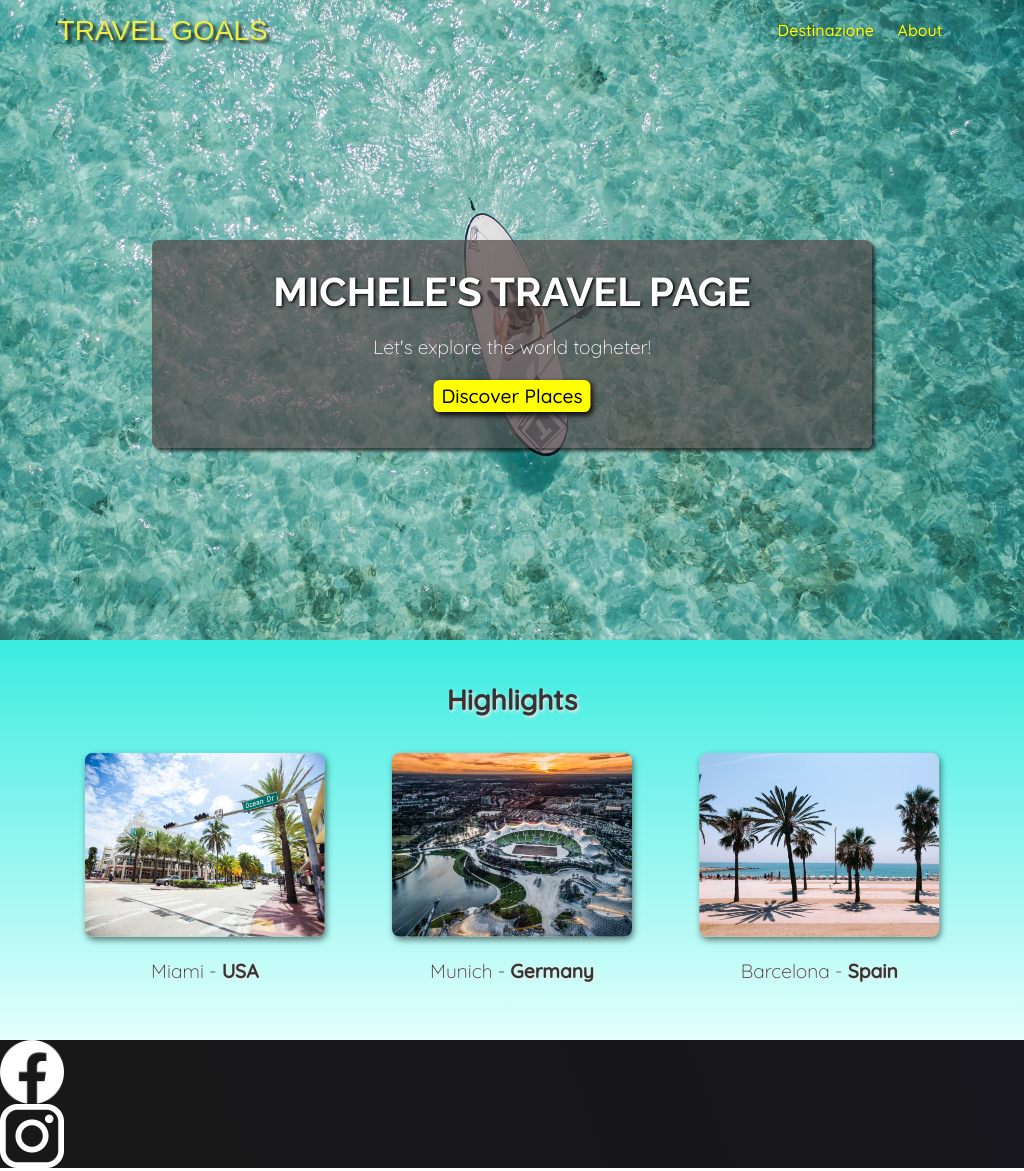
Repository: MicTomm/Travel-Goals
Page: index.html
The author's editor kept a copy of each file at every save. The page is drawn from the files as they stood at one save, then again after the next save.
The browser window is 1280 px wide. The pictures show the whole page, at 80% of full size.
Some web fonts or font styles are not loaded; a fallback is used.

Above is the page before, as saved 2023-06-08 16:58:55.

After the next save:
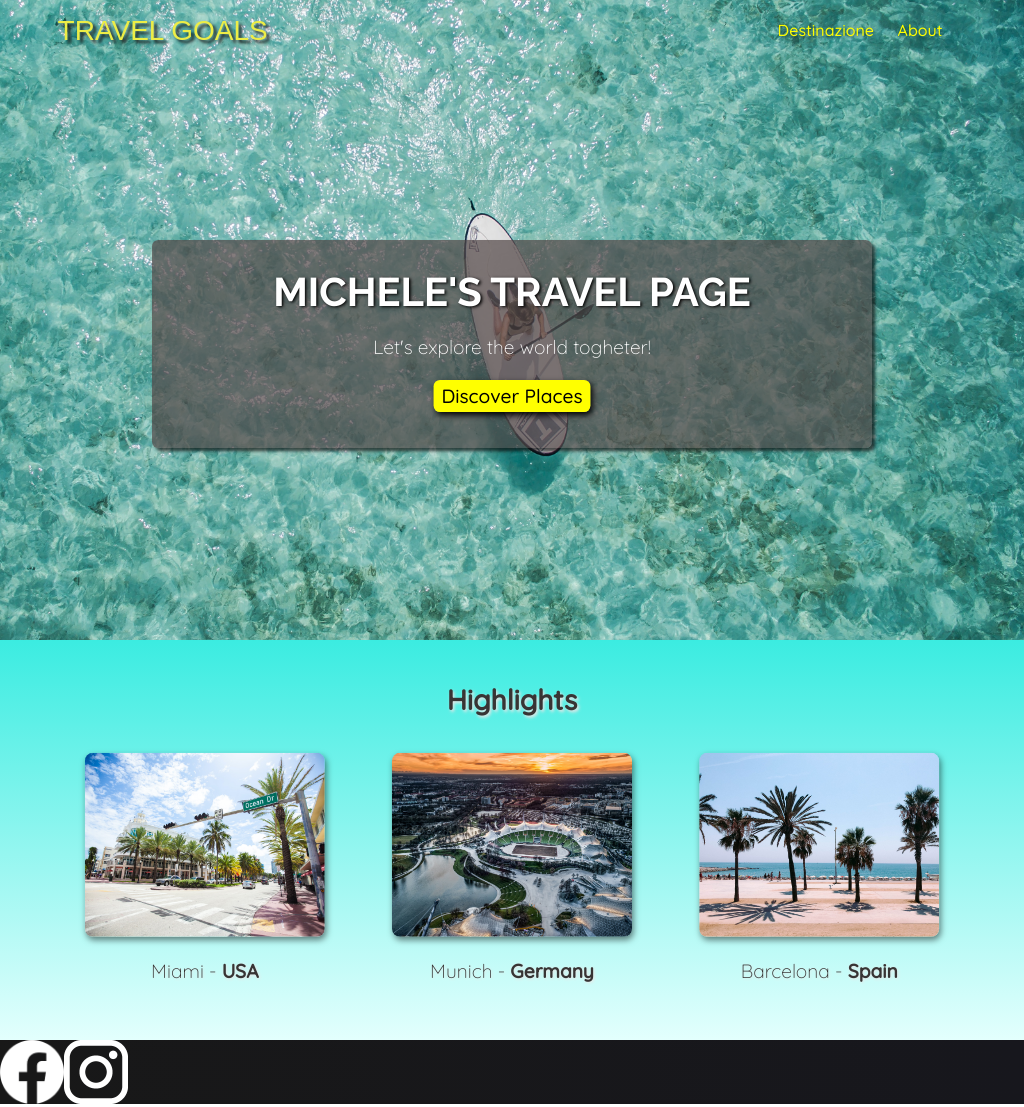
Saved 39 s later.
--- a/styles/shared.css
+++ b/styles/shared.css
@@ -51,10 +51,12 @@ header a:hover {
 footer{
     background: linear-gradient(70deg, rgb(24, 24, 24), rgb(23, 23, 29));
     width: 100%;
-    display: flex;
 }
 
+footer ul{
+    display: flex;
 
+}
 
 footer li{
     width: 80px;
